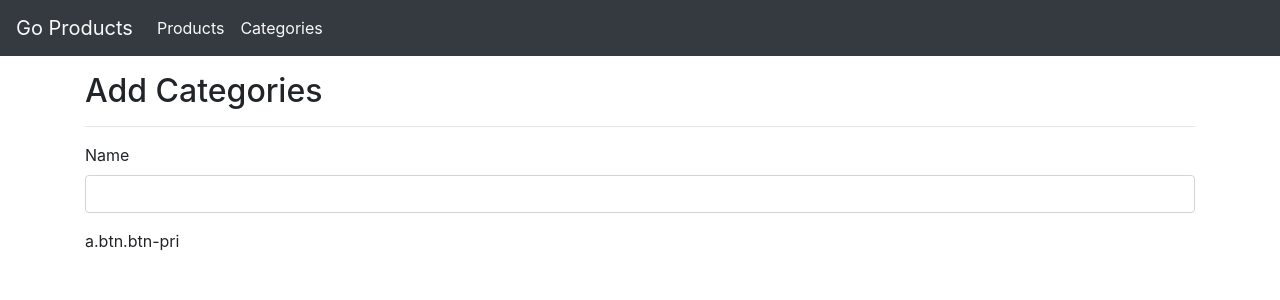
Repository: Nouthemoran/go-web-native-crud
Page: views/category/create.html
The author's editor kept a copy of each file at every save. The page is drawn from the files as they stood at one save, then again after the next save.
The browser window is 1280 px wide. The pictures show the whole page.

Above is the page before, as saved 2023-10-05 15:59:38.

After the next save:
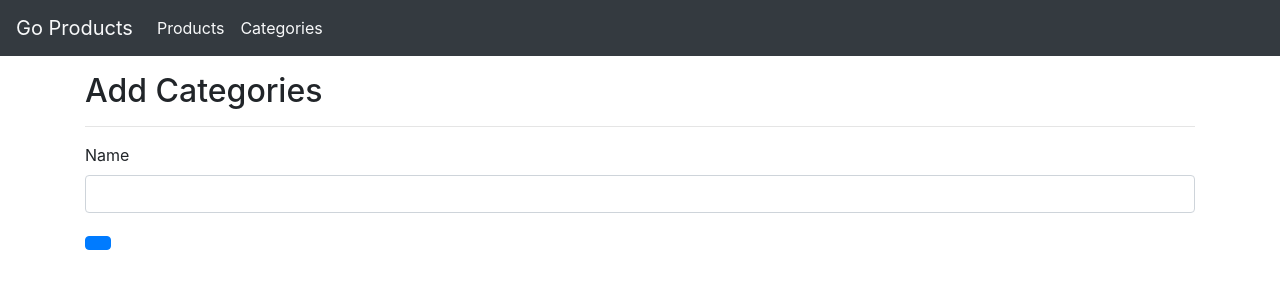
Saved 5 s later.
--- a/views/category/create.html
+++ b/views/category/create.html
@@ -41,7 +41,7 @@
 
               </div>
               <div class="float-end">
-                a.btn.btn-pri
+                <a href="" class="btn btn-primary"></a>
               </div>
         </form>
     </div>
